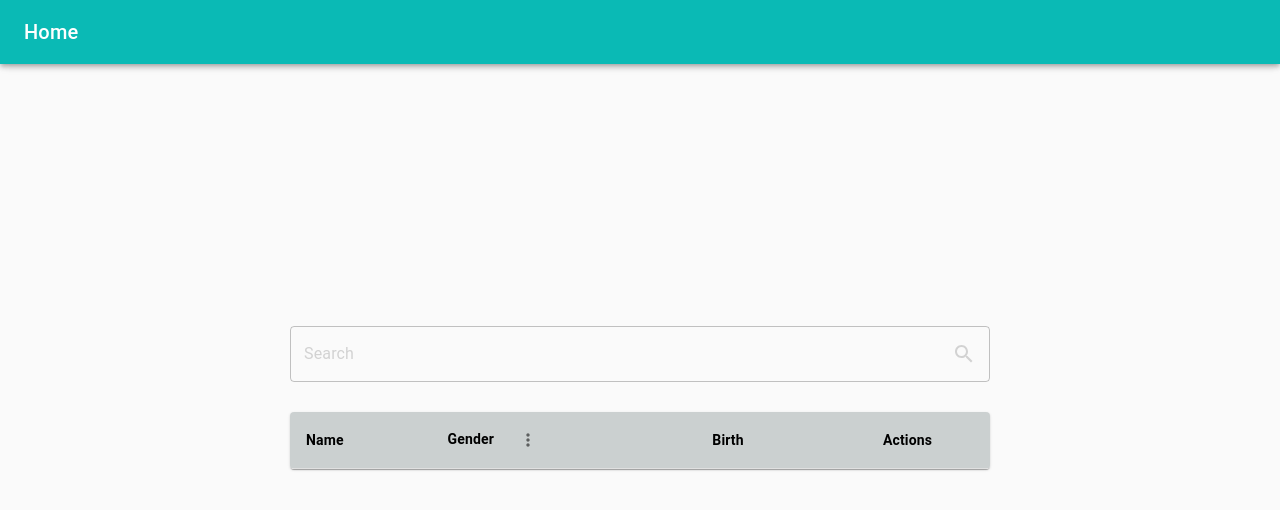
Repository: GabrielBrandaoProjetos/patient-manager
Page: /
An editor plug-in stored every save of this project. The page is shown before and after the next save, followed by the edit.
The browser window is 1280 px wide. The pictures show the whole page.
The page's requests for data from a server got no answer. The project was rebuilt for these pictures with package versions that can differ from the ones it lists, and the page was loaded fresh each time. No one was signed in, and anything a server would have sent is missing. Also part of the build but not shown: src/components/Modal/PatientModal.style.ts, src/components/Modal/PatientModal.tsx, src/components/InfiniteScroll/InfiniteScroll.tsx.

Above is the page before, as saved 2021-09-18 23:06:27.

### public/index.html
<!DOCTYPE html>
<html lang="en">
  <head>
    <meta charset="utf-8" />
    <meta name="viewport" content="minimum-scale=1, width=device-width, initial-scale=1" />
    <meta name="theme-color" content="#000000" />

    <title>React App</title>
  </head>
  <body>
    <noscript>You need to enable JavaScript to run this app.</noscript>
    <div id="root"></div>
  </body>
</html>

### src/App.tsx
import React from 'react';
import { CssBaseline } from '@material-ui/core';
import { Home } from './pages/Home/Home';
import { TableProvider } from './contexts/TableContext';
import { Router } from './routes';


function App() {
  return (
    <>
    <TableProvider>
      <CssBaseline />
      <Home/>
      {/* <Router/> */}
    </TableProvider>
    </>
  );
}

export default App;

### src/pages/Home/Home.tsx
import React, { useRef } from 'react';
import { AppBar, FormControl, InputAdornment, InputLabel, OutlinedInput, Toolbar, Typography } from '@material-ui/core';
import {Search} from '@material-ui/icons';
import { useTableContext } from '../../contexts/TableContext';
import PatientModal, { ModalHandles} from '../../components/Modal/PatientModal';
import {BrowserRouter as Router, Route, Switch} from "react-router-dom"
import { TablePatients } from '../../components/TablePatients/TablePatients';

import { useStyles } from './Home.style';

export const Home = () => {
  const classes = useStyles();

  const { filterByString, handleIsActiveFilterString } = useTableContext()
  const modalRef = useRef<ModalHandles>(null)
  const timeoutRef = useRef<any>(null)

  function handleFilterByString(value: string) {
    clearTimeout(timeoutRef.current)
    timeoutRef.current = setTimeout(() => {
      handleIsActiveFilterString(true)
      filterByString(value.trim())
    }, 500)
  }

  return(
    <Router>
    <div className={classes.root}>
      <AppBar className={classes.header}>
        <Toolbar>
          <Typography variant="h6" className={classes.title}>
            Home
          </Typography>
        </Toolbar>
      </AppBar>

      <FormControl className={classes.form} variant="outlined">
        <InputLabel className={classes.inputLabel} htmlFor="search">Search</InputLabel>
        <OutlinedInput
          placeholder="Ex: 'Areta' ou 'Areta BR'"
          id="search"
          type="search"
          onChange={(e) => handleFilterByString(e.target.value)}
          endAdornment={
            <InputAdornment position="end">
              <Search className={classes.search}/>
            </InputAdornment>
          }
          labelWidth={70}
        />
      </FormControl>

      <TablePatients/>

      <Switch>
        <Route path="/:id">
          <PatientModal ref={modalRef}/>
        </Route>
      </Switch>
    </div>
    </Router>
  )
}

### src/contexts/TableContext.tsx
import { createContext, useContext, useEffect, useState } from "react";
import { searchPatients } from "../services/api";

interface Patient {
  id?:{
    value: string;
  }
  login:{
    uuid: string;
  }
  name: {
    title: string;
    first: string;
    last: string;
  }
  email: string;
  gender: string;
  dob: {
    date: string;
  }
  nat: string
  picture: {
    large: string;
  }
  location: {
    street: {
      name: string;
      number: number;
    }
    city: string;
    state: string;
    country: string;
    postcode: number;
  }
  phone: string;
  cell: string;
}

interface TableContextData{
	patients: Patient[]
  patientDetails: Patient
  isActiveFilterString: boolean
  isActiveFilterGender: boolean
  loadingMore: () => void
  filterByString: (value: string) => void
  handlePatientDetails: (patient: Object) => void
  getPatientByID: (id: string) => void
  getPatientByGender: (gender: string) => void
  handleIsActiveFilterString: (value: boolean) => void
  handleIsActiveFilterGender: (value: boolean) => void
  clearFilterByGender: () => void
}

const TableContext = createContext<TableContextData>({} as TableContextData)

export const TableProvider: React.FC = ({children}) => {
  const [data, setData] = useState<Patient[]>([])
  const [patients, setPatients] = useState<Patient[]>([])
  const [patientDetails, setPatientDetails] = useState<any>(null)
  const [patientsFilteredByString, setPatientsFilteredByString] = useState<any[]>([])
  const [patientsFilteredByGender, setPatientsFilteredByGender] = useState<any[]>([])
  const [isActiveFilterString, setIsActiveFilterString] = useState(false)
  const [isActiveFilterGender, setIsActiveFilterGender] = useState(false)
  const [page, setPage] = useState(0)

  useEffect(() => {
    handleSearchPatients()
  }, [])

  async function handleSearchPatients() {
    const {results, info} = await searchPatients(page)
    setPatients(results)
    setData(results)
    setPage(info.page)
  }

  async function loadingMore() {
    const {results, info} = await searchPatients(page+1)

    setPatients([...patients, ...results])
    setData([...patients, ...results])
    setPage(info.page)
  }

  function filterByString(value: string) {
    const [str, nat] = value.split(" ")

    if(value){
      if(str && nat){
        if(patientsFilteredByGender.length > 0){
          const newList = patientsFilteredByGender.filter((patient) => {
            const name = patient.name.first
            if(name.includes(str, 0) && patient.nat === nat){
              return true
            }else{
              return false
            }
          })
          setPatients(newList)
        }else{
          const newList = data.filter((patient) => {

            const name = patient.name.first
            if(name.includes(str, 0) && patient.nat === nat){
              return true
            }else{
              return false
            }
          })
          setPatients(newList)
          setPatientsFilteredByString(newList)
        }
      }else{
        ////////
        if(patientsFilteredByGender.length > 0){
          const newList = patientsFilteredByGender.filter((patient) => {
            const name = patient.name.first
            if(name.includes(value, 0)){
              return true
            }else{
              return false
            }
          })
          setPatients(newList)
        }else{
          const newList = data.filter((patient) => {
            const name = patient.name.first
            if(name.includes(value, 0)){
              return true
            }else{
              return false
            }
          })
          setPatients(newList)
          setPatientsFilteredByString(newList)
        }
        ////////
      }
    }else{
      if(patientsFilteredByGender.length > 0){
        handleIsActiveFilterString(false)
        setPatients(patientsFilteredByGender)
        setPatientsFilteredByString([])
      }else{
        handleIsActiveFilterString(false)
        setPatients(data)
        setPatientsFilteredByString([])
      }
    }
  }

  function getPatientByGender(gender: string){
    if(patientsFilteredByString.length > 0){
      const newList = patientsFilteredByString.filter((patient) => {
        if(patient.gender === gender){
          return true
        }else{
          return false
        }
      })
      setPatients(newList)
    }else{
      const newList = data.filter((patient) => {
        if(patient.gender === gender){
          return true
        }else{
          return false
        }
      })
      setPatients(newList)
      setPatientsFilteredByGender(newList)
    }
  }

  function handlePatientDetails(patient: Object) {
    setPatientDetails(patient)
  }

  function getPatientByID(id: string){
    patients.forEach((patient) => {
      if(patient?.id?.value === id){
        setPatientDetails(patient)
      }
    })
  }

  function handleIsActiveFilterString(value: boolean){
    setIsActiveFilterString(value)
  }

  function handleIsActiveFilterGender(value: boolean){
    setIsActiveFilterGender(value)
  }

  function clearFilterByGender() {
    if(patientsFilteredByString.length > 0){
      setPatients(patientsFilteredByString)
      handleIsActiveFilterGender(false)
      setPatientsFilteredByGender([])
    }else{
      setPatientsFilteredByGender([])
      setPatients(data)
      handleIsActiveFilterGender(false)
    }
  }

  return (
    <TableContext.Provider value={{
      patients,
      patientDetails,
      isActiveFilterString,
      isActiveFilterGender,
      loadingMore,
      filterByString,
      handlePatientDetails,
      getPatientByID,
      getPatientByGender,
      handleIsActiveFilterString,
      handleIsActiveFilterGender,
      clearFilterByGender
    }}>
      {children}
    </TableContext.Provider>
  )
}

export function useTableContext(){
	const context = useContext(TableContext)
	return context
}

### src/components/TablePatients/TablePatients.tsx
import { TableContainer, Paper, Table, TableHead, TableRow, TableCell, IconButton, Button, TableBody } from "@material-ui/core"
import { MoreVert, CloseRounded, ReplayRounded } from "@material-ui/icons"
import { format, parseJSON } from "date-fns"
import { useEffect, useRef, useState } from "react"
import { Link } from "react-router-dom"
import { InfiniteScroll } from "../InfiniteScroll/InfiniteScroll"
import { ModalHandles} from '../../components/Modal/PatientModal';
import { useTableContext } from "../../contexts/TableContext"

import { useStyles } from "./TablePatients.style"


// interface Patient {
//   id:{
//     value: string;
//   }
//   login:{
//     uuid: string;
//   }
//   name: {
//     title: string;
//     first: string;
//     last: string;
//   }
//   gender: string;
//   dob: {
//     date: string;
//   }
// }

export const TablePatients = () => {
  const classes = useStyles();

  const {
    patients,
    isActiveFilterString,
    isActiveFilterGender,
    loadingMore,
    handlePatientDetails,
    getPatientByGender,
    handleIsActiveFilterGender,
    clearFilterByGender
  } = useTableContext()
  const [showChooseGender, setShowChooseGender] = useState(false)
  const [loading, setLoading] = useState(false)
  const modalRef = useRef<ModalHandles>(null)

  useEffect(() => {
    setLoading(false)
  }, [patients])

  function handleFilterByGender(gender: string){
    handleIsActiveFilterGender(true)
    getPatientByGender(gender)
    setShowChooseGender(false)
  }

  function handleOpenModal(patient: Object) {
    handlePatientDetails(patient)
    modalRef.current?.openModal()
  }

  function fetchMore() {
    setLoading(true)
    loadingMore()
  }

  return(
    <>
      <TableContainer component={Paper} className={classes.tableContainer}>
        <Table>
          <TableHead>
            <TableRow className={classes.row}>
              <TableCell className={classes.cellHeader}>Name</TableCell>
              <TableCell className={`${classes.cellGender} ${classes.cellHeader}`}>
                Gender
                <IconButton
                  className={classes.buttonMoreVert}
                  onClick={() => setShowChooseGender(!showChooseGender)}
                >
                  <MoreVert className={classes.moreVert}/>
                </IconButton>
                {isActiveFilterGender && (
                  <IconButton
                    className={classes.buttonClose}
                    onClick={clearFilterByGender}
                  >
                    <CloseRounded className={classes.close}/>
                  </IconButton>
                )}
                {showChooseGender && (
                  <div className={classes.chooseGender}>
                    <Button onClick={() => handleFilterByGender("male")}>Male</Button>
                    <Button onClick={() => handleFilterByGender("female")}>Female</Button>
                  </div>
                )}
              </TableCell>
              <TableCell className={classes.cellHeader}>Birth</TableCell>
              <TableCell align="center" className={classes.cellHeader}>Actions</TableCell>
            </TableRow>
          </TableHead>
          <TableBody>
            {patients.map((patient) => (
              <TableRow key={patient.login.uuid} className={classes.rowBody}>
                <TableCell component="th" className={classes.cellBody}>
                  {patient.name.title}. {patient.name.first} {patient.name.last}
                </TableCell>
                <TableCell className={classes.cellBody}>{patient.gender}</TableCell>
                <TableCell className={classes.cellBody}>
                  {format(parseJSON(patient.dob.date), 'dd-MM-yyyy')}
                </TableCell>
                <TableCell align="center" className={classes.actions}>
                  <Button
                    variant="contained"
                    disableElevation
                    className={classes.buttonShow}
                    onClick={() => handleOpenModal(patient)}
                  >
                    <Link
                      to={patient?.id?.value ? patient?.id?.value : "/ "}
                      className={classes.link}
                    >show</Link>
                  </Button>
                </TableCell>
              </TableRow>
            )
            )}
          </TableBody>
        </Table>
          {patients.length > 0 && !loading && !isActiveFilterString && !isActiveFilterGender && (
            <InfiniteScroll fetchMore={fetchMore}/>
          )}
      </TableContainer>

      {loading && (
        <div className={classes.loading}>
          <ReplayRounded/>
          Loading more
        </div>
      )}
    </>
  )
}

### src/pages/Home/Home.style.ts
import { createStyles, makeStyles, Theme } from '@material-ui/core/styles';


export const useStyles = makeStyles((theme: Theme) =>
createStyles({
  root: {
    width: '100vw',
    height: '100vh',
    display: 'flex',
    flexDirection: 'column',
    alignItems: 'center',
    justifyContent: 'center',
    padding: "0 16px"
  },
  header: {
    backgroundColor: "#0abab5"
  },
  title: {
    flexGrow: 1,
  },
  form: {
    maxWidth: 700,
    width: "100%",
    marginTop: 94,
  },
  inputLabel: {
    color: "#d2d2d2"
  },
  search: {
    color: "#d2d2d2",
  },
}),
);

### src/services/api.ts
import axios from 'axios';

const api = axios.create({
    baseURL: 'https://randomuser.me/api/',
})


export async function searchPatients(page: number){
  const response = await api.get(`?seed=test&results=50&page=${page}`)
  return response.data
}

### src/components/TablePatients/TablePatients.style.ts
import { createStyles, makeStyles, Theme } from '@material-ui/core/styles';


export const useStyles = makeStyles((theme: Theme) =>
createStyles({
  tableContainer: {
    maxWidth: 700,
    width: "100%",

    marginTop: 30,
    marginBottom: 20,
    backgroundColor: "#fafafa",
  },
  row: {
    color: "black",
    background: "#cbd0d0",
  },
  rowBody: {
    '&:nth-of-type(odd)': {
      backgroundColor: "#f2f2f2",
    }
  },
  cellHeader: {
    color: "black",
    fontWeight: "bold",
    position: "relative"
  },
  cellGender: {
    padding: "0 16px",
  },
  buttonMoreVert: {
    padding: 8,
    marginLeft: 16
  },
  moreVert: {
    fontSize: 20,
  },
  buttonClose: {
    padding: 8,
  },
  close: {
    fontSize: 16,
  },
  chooseGender: {
    position: "absolute",
    display: "flex",
    flexDirection: "column",
    backgroundColor: theme.palette.background.paper,
    borderRadius: '5px',
    boxShadow: theme.shadows[5],
    padding: theme.spacing(2, 1, 2),
  },
  cellBody: {
    color: "black",
  },
  actions: {
    padding: 0
  },
  link:{
    color: "white",
    textDecoration: "none"
  },
  buttonShow: {
    padding: "4px 16px",
    textTransform: "none",
    background: "#0abab5",
  },
  loading: {
    display: "flex",
    alignItems: "center",
    color: "#78797a",
    gap: 8,
    textTransform: "uppercase",
  },
})
)

Loaded but not shown: src/index.tsx (common file); src/reportWebVitals.ts (common file)

After the next save:
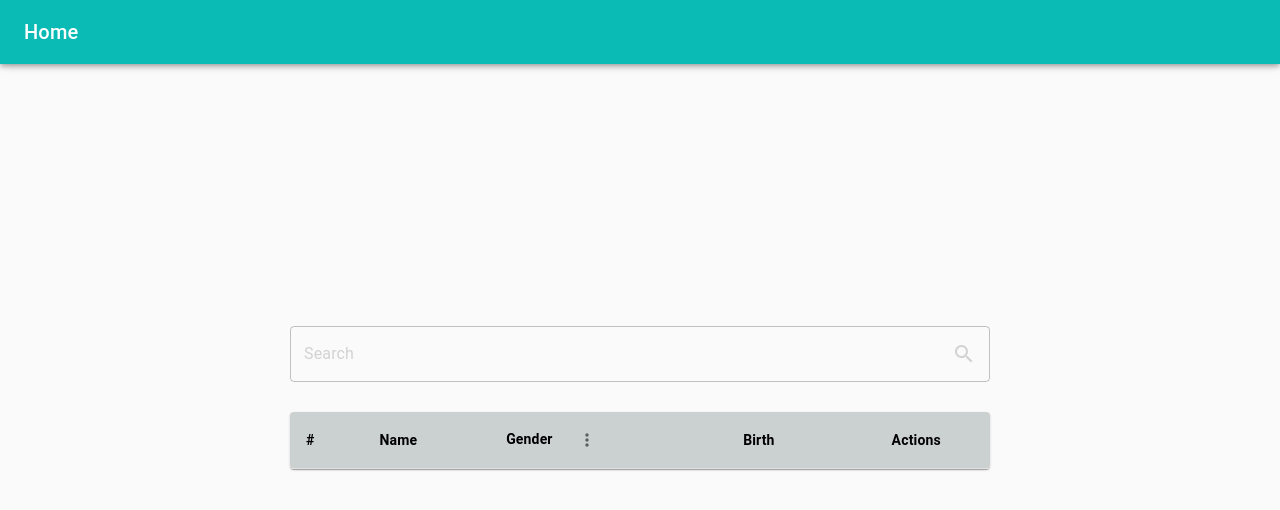
Saved 15 min 19 s later.
--- a/src/components/TablePatients/TablePatients.tsx
+++ b/src/components/TablePatients/TablePatients.tsx
@@ -71,6 +71,7 @@ export const TablePatients = () => {
         <Table>
           <TableHead>
             <TableRow className={classes.row}>
+              <TableCell className={classes.cellHeader}>#</TableCell>
               <TableCell className={classes.cellHeader}>Name</TableCell>
               <TableCell className={`${classes.cellGender} ${classes.cellHeader}`}>
                 Gender
